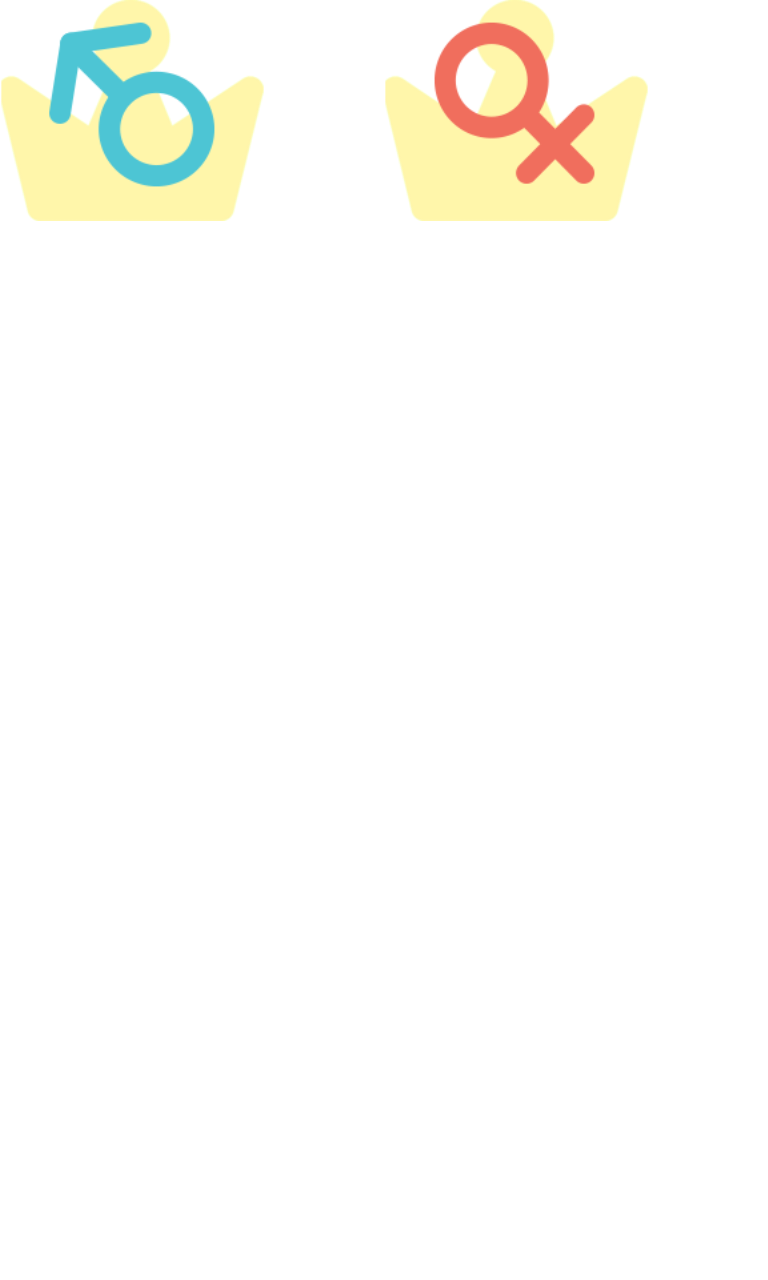
Repository: dokwon/mingle_final_client
Layout: mingle/res/layout/vote_fragment.xml
These files come from the project's save history. The layout is drawn as it stood at one moment and after the next save; the edit follows.
It is drawn on a 768 x 1280 px phone screen (xhdpi) without system bars, with theme WhiteTheme; the app's code is not run. Lists and similar views that code fills are empty.

Above is the layout before, as saved 2014-08-05 09:23:42.

After the next save:
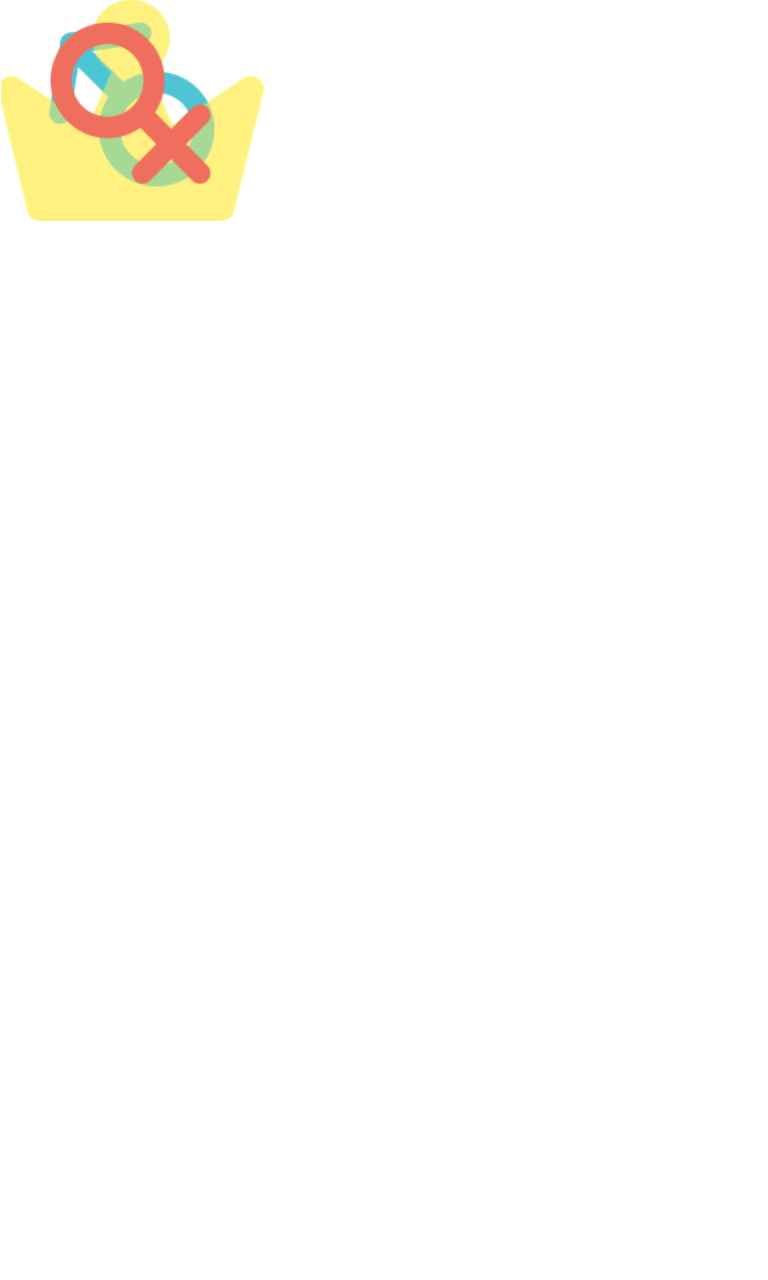
Saved 2 min 35 s later.
--- a/mingle/res/layout/vote_fragment.xml
+++ b/mingle/res/layout/vote_fragment.xml
@@ -4,7 +4,7 @@
     android:layout_height="match_parent"
     android:orientation="vertical" >
 
-   <LinearLayout
+   <RelativeLayout
 		android:orientation="horizontal"
 		android:layout_width="fill_parent"
 		android:layout_height="wrap_content">
@@ -14,7 +14,7 @@
 			    android:id="@+id/femaleTopLogo"
 			    android:layout_width="wrap_content"
 			    android:layout_height="wrap_content"
-			    android:layout_centerHorizontal="true"
+
 			    android:src="@drawable/king_symbol" />
 
 		</LinearLayout>
@@ -23,10 +23,10 @@
 				    android:id="@+id/maleTopLogo"
 				    android:layout_width="wrap_content"
 				    android:layout_height="wrap_content"
-				    android:layout_centerHorizontal="true"
+
 				    android:src="@drawable/queen_symbol" />
 		</LinearLayout>
-	</LinearLayout>
+	</RelativeLayout>
 
 	<ListView
 		android:id="@+id/top_list"

After the save that followed:
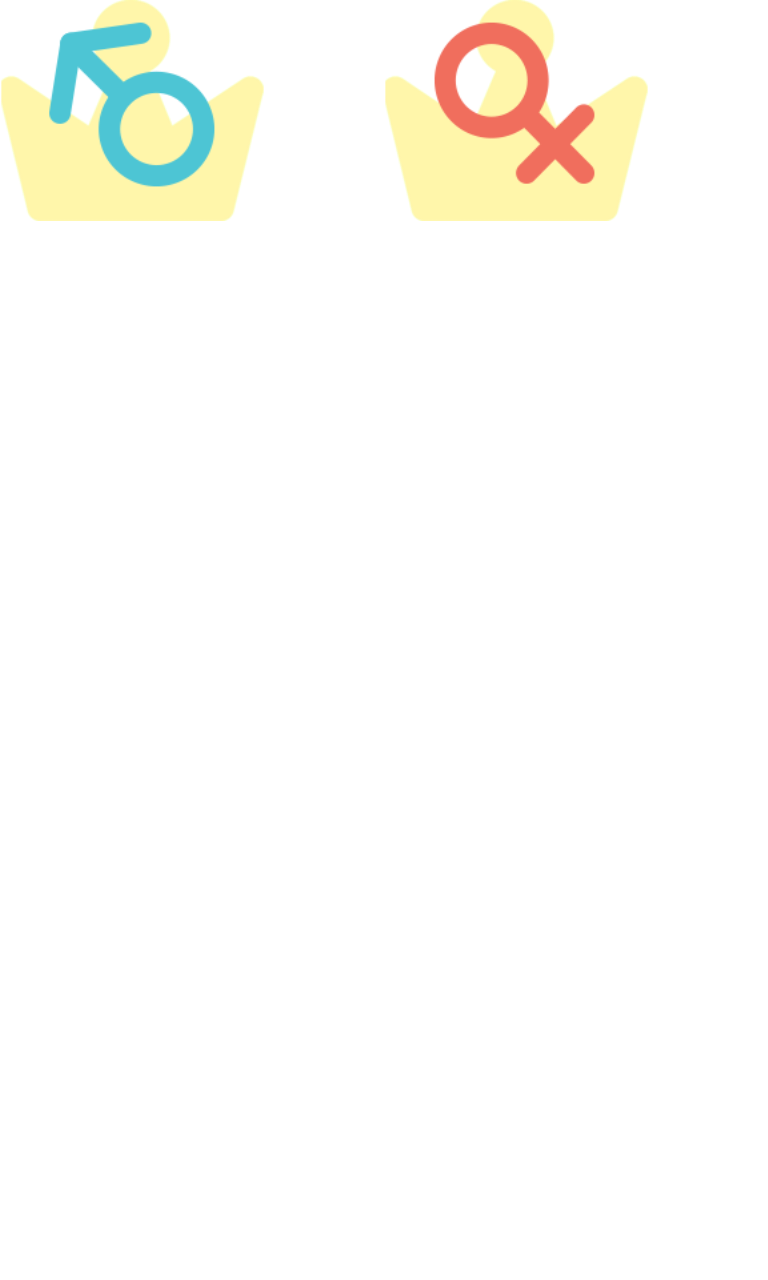
Saved 75 s later.
--- a/mingle/res/layout/vote_fragment.xml
+++ b/mingle/res/layout/vote_fragment.xml
@@ -4,11 +4,11 @@
     android:layout_height="match_parent"
     android:orientation="vertical" >
 
-   <RelativeLayout
+   <LinearLayout
 		android:orientation="horizontal"
 		android:layout_width="fill_parent"
 		android:layout_height="wrap_content">
-		<LinearLayout android:layout_weight="1" android:layout_height="fill_parent" android:layout_width="fill_parent">
+		<RelativeLayout android:layout_weight="1" android:layout_height="fill_parent" android:layout_width="fill_parent">
 
 			<ImageView
 			    android:id="@+id/femaleTopLogo"
@@ -17,16 +17,16 @@
 
 			    android:src="@drawable/king_symbol" />
 
-		</LinearLayout>
-		<LinearLayout android:layout_weight="1" android:layout_height="fill_parent" android:layout_width="fill_parent">
+		</RelativeLayout>
+		<RelativeLayout android:layout_weight="1" android:layout_height="fill_parent" android:layout_width="fill_parent">
 				<ImageView
 				    android:id="@+id/maleTopLogo"
 				    android:layout_width="wrap_content"
 				    android:layout_height="wrap_content"
 
 				    android:src="@drawable/queen_symbol" />
-		</LinearLayout>
-	</RelativeLayout>
+		</RelativeLayout>
+	</LinearLayout>
 
 	<ListView
 		android:id="@+id/top_list"
